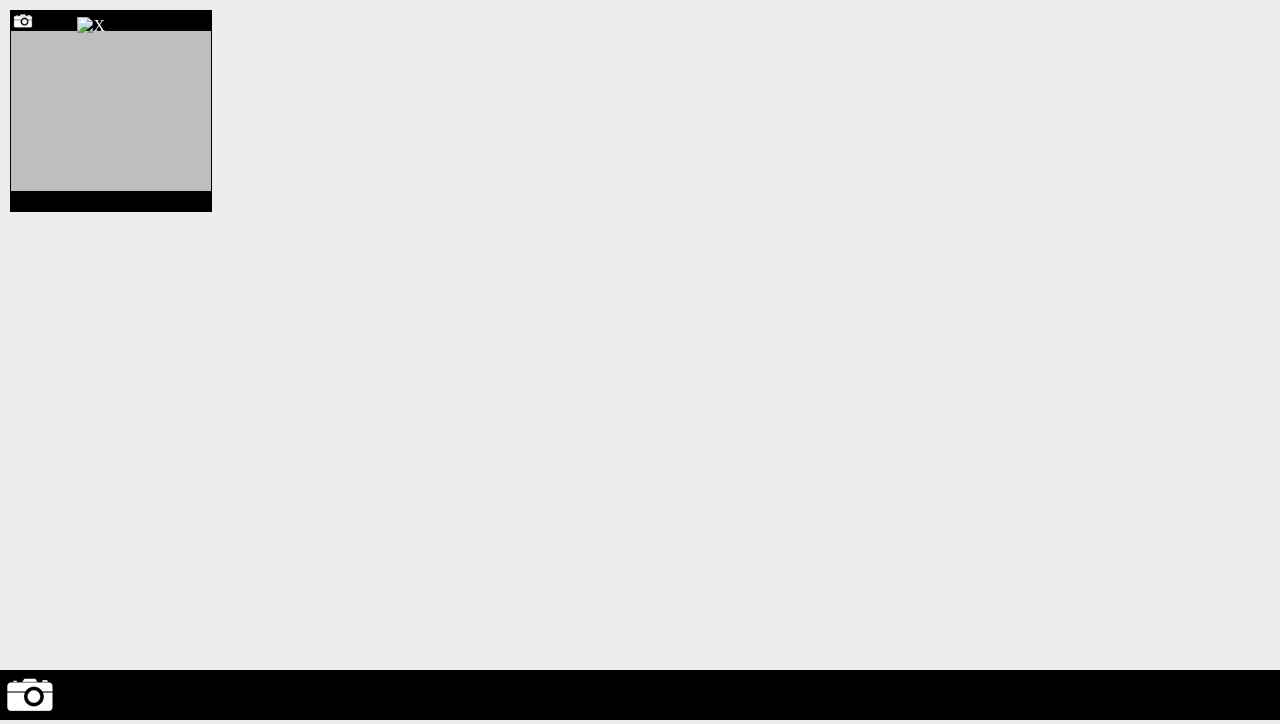
Repository: CarroForslund/1dv403-cf222ev-laborationer
Page: 5-pwd/index.html
The author's editor kept a record of every edit. The page is drawn from the files as they stood at one moment, then again after the next edit.
The browser window is 1280 px wide. The pictures show the whole page.
After loading, the first visible `a.appLink` was clicked once.
The page's requests for data from a server got no answer.

Above is the page before.

After the next edit:
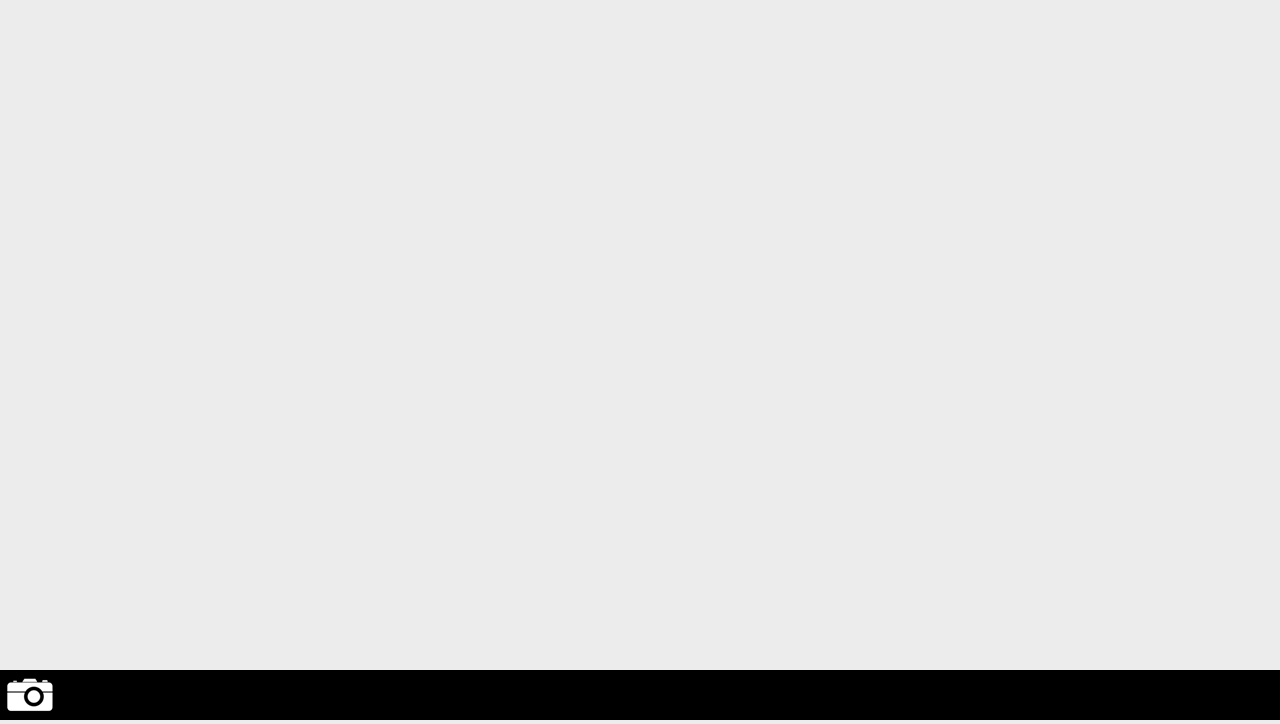
Console error: SyntaxError: Unexpected token ')'
The edit:
--- a/5-pwd/script/Window.js
+++ b/5-pwd/script/Window.js
@@ -6,6 +6,10 @@
 Window.prototype.openWindow = function(type, imagesrc){
     var windowArea, newWindow, windowHead, windowBody, windowFooter,
         h1, title, icon, load, close;
+
+    if (){
+
+    };
 
     windowArea = document.getElementById('windowArea');
 

After the edit that followed:
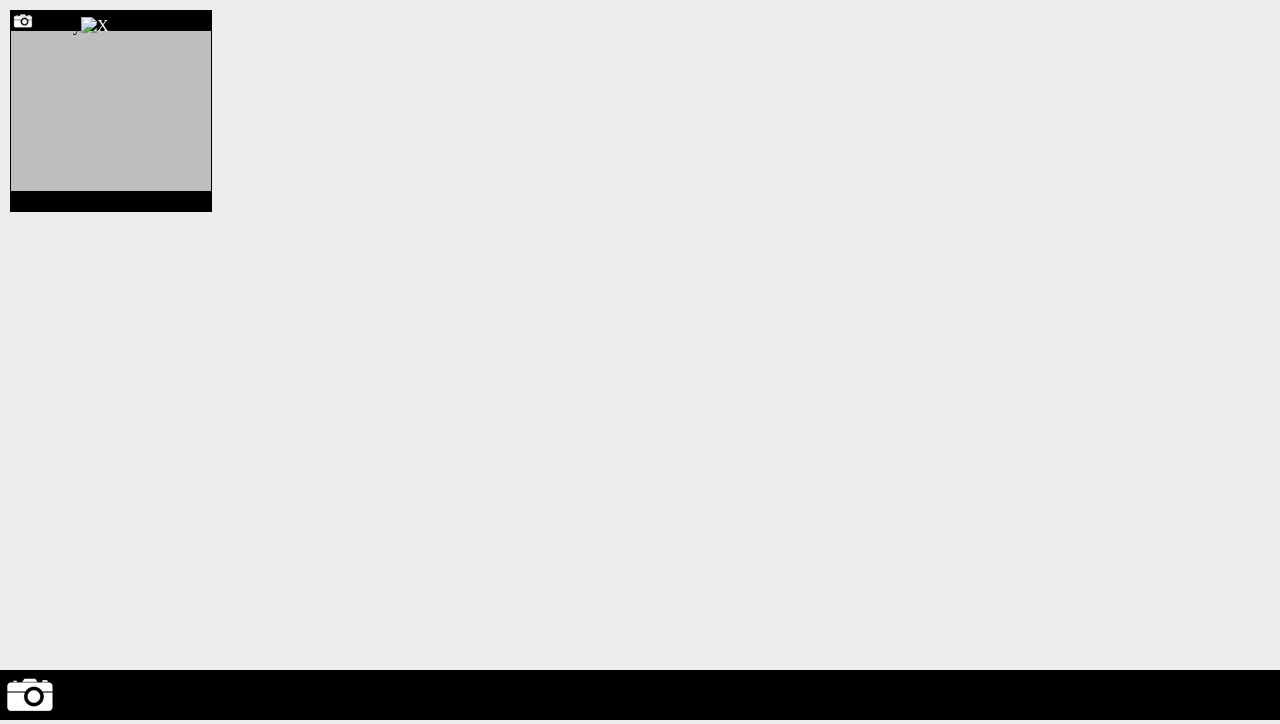
The error is gone.
The edit:
--- a/5-pwd/script/Window.js
+++ b/5-pwd/script/Window.js
@@ -7,8 +7,9 @@
     var windowArea, newWindow, windowHead, windowBody, windowFooter,
         h1, title, icon, load, close;
 
-    if (){
-
+    if (type = 'Gallery'){
+        var gallery = new Gallery();
+        gallery.openGallery();
     };
 
     windowArea = document.getElementById('windowArea');
